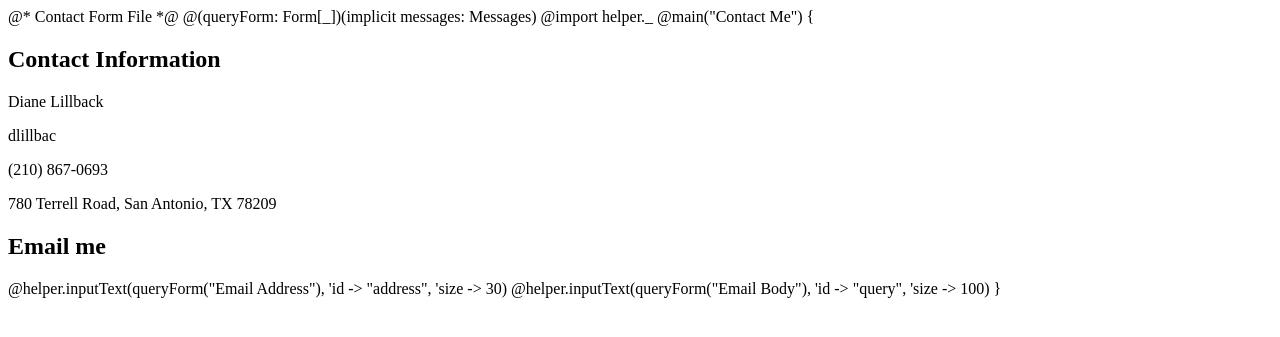
Repository: arthurfeeney/Interior-Design
Page: server/app/views/contact.scala.html
An editor plug-in stored every save of this project. The page is shown before and after the next save, followed by the edit.
The browser window is 1280 px wide. The pictures show the whole page.

Above is the page before, as saved 2019-03-31 20:04:42.

### server/app/views/contact.scala.html
@* Contact Form File *@
@(queryForm: Form[_])(implicit messages: Messages)

@import helper._

@main("Contact Me") {
<h2> Contact Information</h2>
<p>
  Diane Lillback
</p>
<p>
  dlillbac
</p>
<p>
  (210) 867-0693
</p>
<p>
  780 Terrell Road, San Antonio, TX 78209
</p>

<h2> Email me</h2>


@helper.inputText(queryForm("Email Address"), 'id -> "address", 'size -> 30)
@helper.inputText(queryForm("Email Body"), 'id -> "query", 'size -> 100)

}

After the next save:
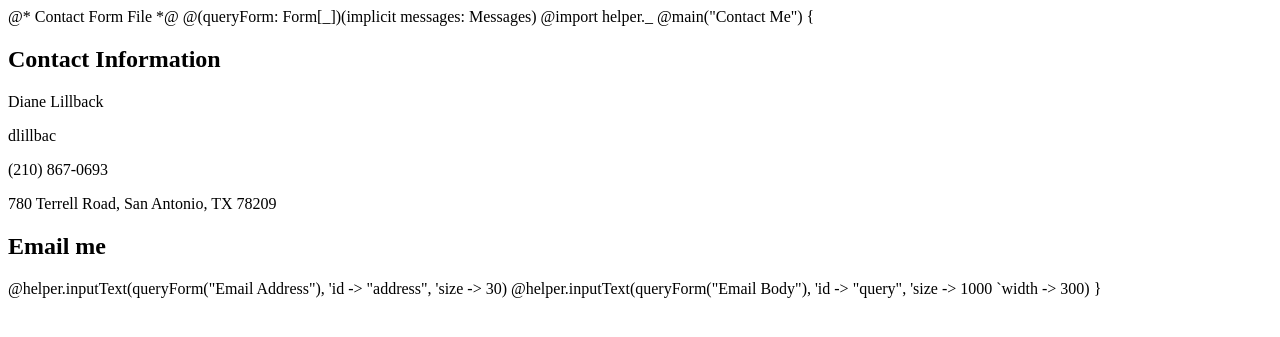
Saved 90 s later.
--- a/server/app/views/contact.scala.html
+++ b/server/app/views/contact.scala.html
@@ -22,6 +22,6 @@
 
 
 @helper.inputText(queryForm("Email Address"), 'id -> "address", 'size -> 30)
-@helper.inputText(queryForm("Email Body"), 'id -> "query", 'size -> 100)
+@helper.inputText(queryForm("Email Body"), 'id -> "query", 'size -> 1000 `width -> 300)
 
 }
